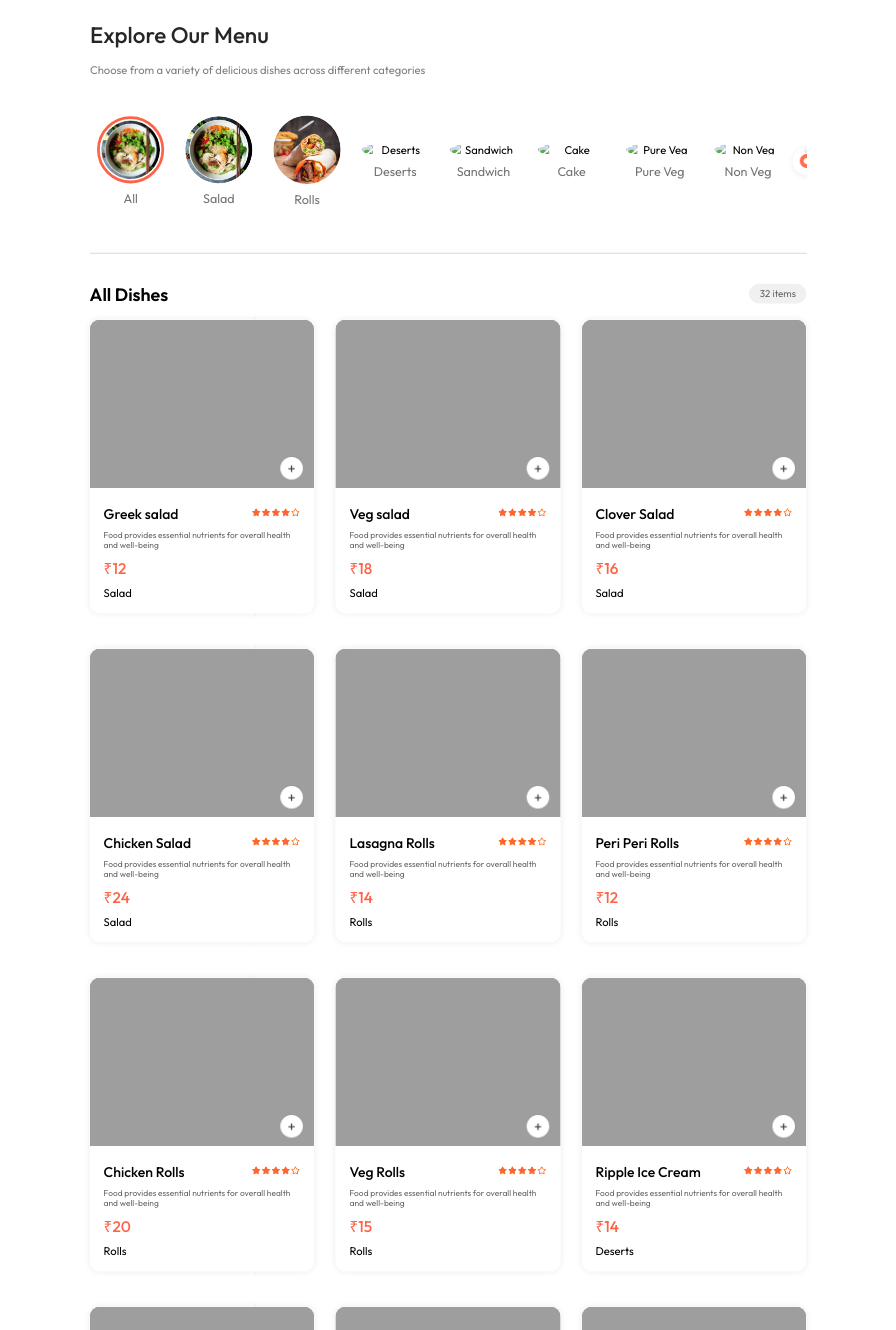
Repository: keyursanglikar/Hotel-Manangement
Page: / (app in frontend/)
An editor plug-in stored every save of this project. The page is shown before and after a run of saves, followed by the edit.
The browser window is 1280 px wide. The pictures show the part of the page from y = 609 to 2509 px (the page is 9373 px tall), at 70% of full size.
The page's requests for data from a server got no answer. The project was rebuilt for these pictures with package versions that can differ from the ones it lists, and the page was loaded fresh each time. No one was signed in, and anything a server would have sent is missing. Also part of the build but not shown: frontend/vite.config.js, frontend/src/pages/Cart/Cart.css, frontend/src/pages/Cart/Cart.jsx, frontend/src/pages/PlaceOrder/PlaceOrder.jsx, frontend/src/components/LoginPopup/LoginPopup.css, frontend/src/components/LoginPopup/LoginPopup.jsx, frontend/src/pages/Verify/Verify.css, frontend/src/pages/Verify/Verify.jsx and 2 more.

Above is the page before, as saved 2025-12-04 22:57:39.

After the next 2 saves:
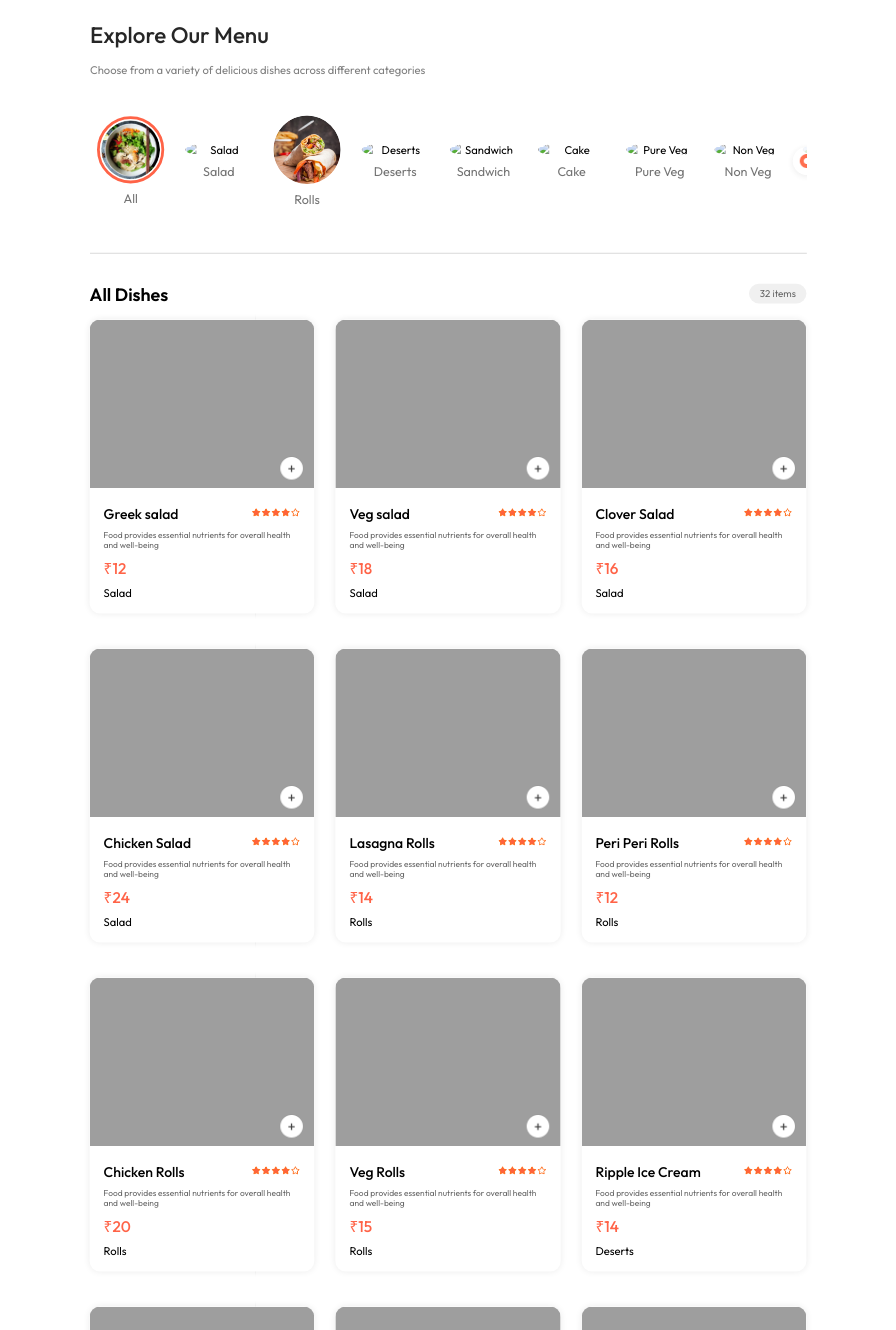
The 2 saves are shown as one change because they came seconds apart.
The last was saved 19 s later.
--- a/frontend/src/assets/assets.js
+++ b/frontend/src/assets/assets.js
@@ -469,7 +469,7 @@ export const assets = {
 
 export const menu_list = [
     {
-        menu_name: "Salad",
+        menu_name: "Salad and Pap",
         menu_image: menu_1
     },
     {
